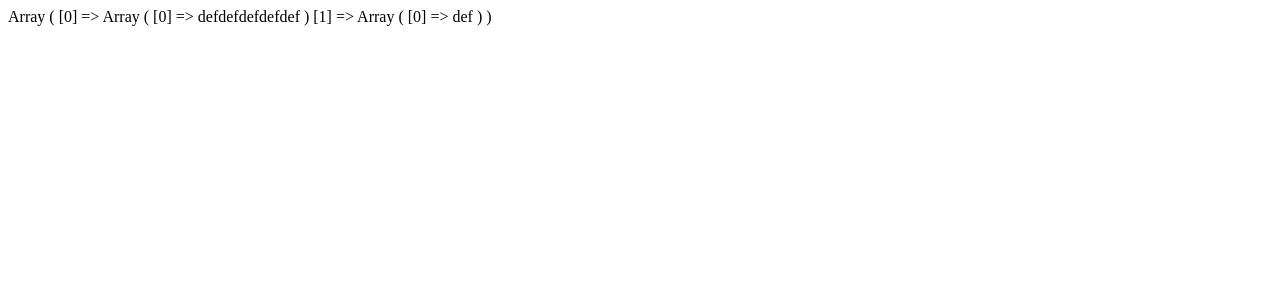
Repository: dklinger/Studium
Page: http://localhost/K_Aufgabe_04.php
An editor plug-in stored every save of this project. The page is shown before and after the next save, followed by the edit.
The browser window is 1280 px wide. The pictures show the whole page.
The page is run by PHP 8.4 with error messages shown; the project is at /var/www/html/.

Above is the page before, as saved 2014-07-05 15:48:04.

After the next save:
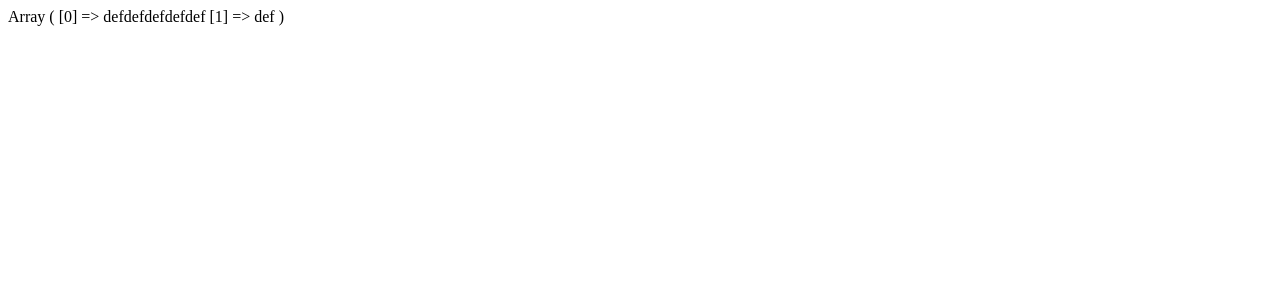
Saved 11 s later.
--- a/SS2014/Skriptsprachenorientierte Programmiertechnik/Klausurvorbereitung/K_Aufgabe_04.php
+++ b/SS2014/Skriptsprachenorientierte Programmiertechnik/Klausurvorbereitung/K_Aufgabe_04.php
@@ -10,7 +10,7 @@
 $text = "def";
 $regex = "/($text){5,5}/";
 
-if(preg_match_all($regex, $str, $hit))
+if(preg_match($regex, $str, $hit))
 {
 	print_r($hit);
 }

After the save that followed:
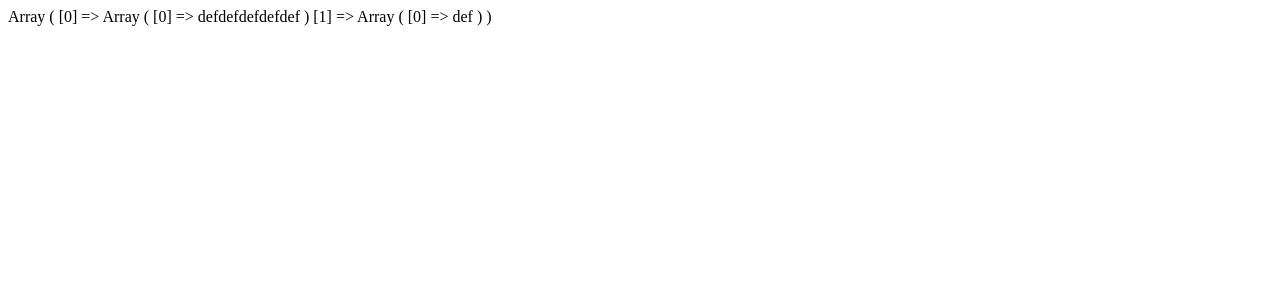
Saved 4 s later.
--- a/SS2014/Skriptsprachenorientierte Programmiertechnik/Klausurvorbereitung/K_Aufgabe_04.php
+++ b/SS2014/Skriptsprachenorientierte Programmiertechnik/Klausurvorbereitung/K_Aufgabe_04.php
@@ -10,7 +10,7 @@
 $text = "def";
 $regex = "/($text){5,5}/";
 
-if(preg_match($regex, $str, $hit))
+if(preg_match_all($regex, $str, $hit))
 {
 	print_r($hit);
 }
